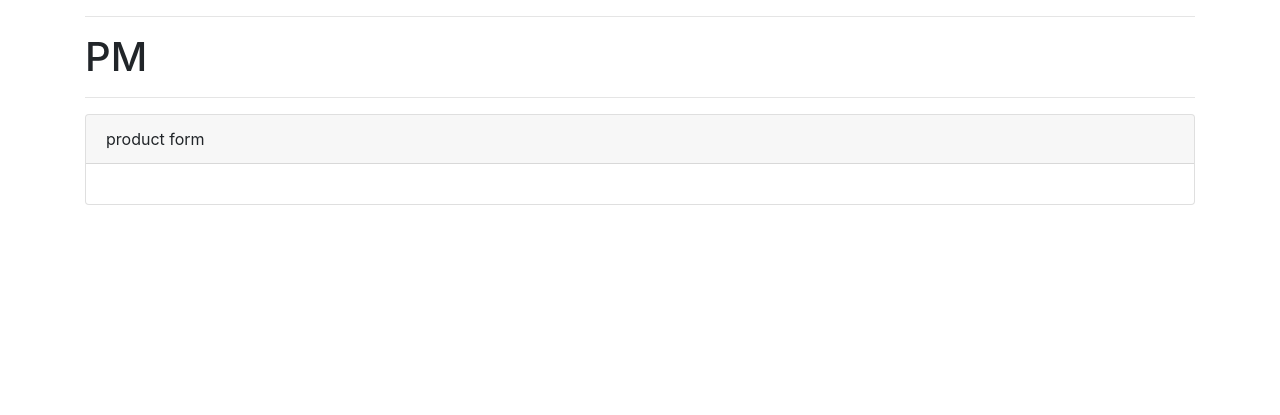
Repository: Akashk29/Wissen-Training-Projects
Page: webjavathings/PM-v1/WebContent/pm.html
An editor plug-in stored every save of this project. The page is shown before and after the next save, followed by the edit.
The browser window is 1280 px wide. The pictures show the whole page.

Above is the page before, as saved 2018-06-25 09:03:49.

After the next save:
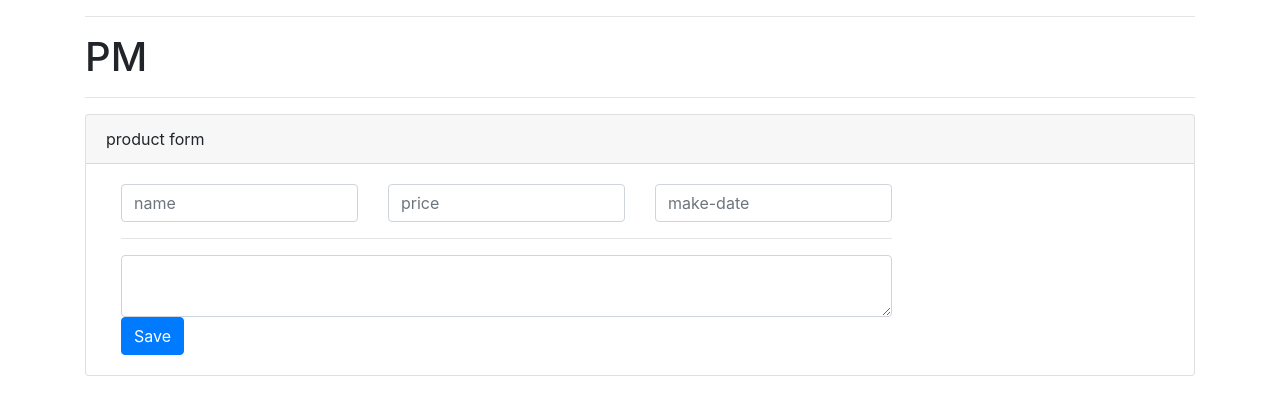
Saved 9 min 14 s later.
--- a/webjavathings/PM-v1/WebContent/pm.html
+++ b/webjavathings/PM-v1/WebContent/pm.html
@@ -11,12 +11,35 @@
 	<h1>PM</h1>
 	<hr />
 
-    <div class = "card">
-    <div class = "card-header">product form</div>
-    <div class = "card-body">
+	<div class="card">
+		<div class="card-header">product form</div>
+		<div class="card-body">
+			<form>
+				<div class="col-sm-8 col-md-9">
+					<div class="row">
+						<div class="col">
+							<input type="text" class="form-control" placeholder="name">
+						</div>
+						<div class="col">
+							<input type="number" class="form-control" placeholder="price">
+						</div>
+						<div class="col">
+							<input type="text" class="form-control" placeholder="make-date">
+						</div>
+					</div>
+					<hr />
+					<div class="row">
+						<div class="col">
+							<textarea rows="" cols="" class="form-control"
+								placeholder="description">
+        </textarea>
+						</div>
+					</div>
 
-    </div>
-    </div>
-
+					<button class="btn btn-primary">Save</button>
+			</form>
+		</div>
+	</div>
+	</div>
 </body>
 </html>
